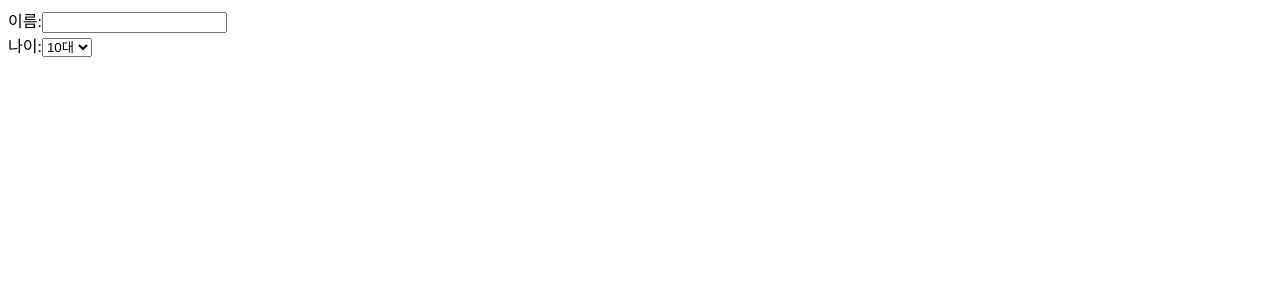
Repository: jeongho97/JSP
Page: http://localhost/JSP/insert.jsp
The author's editor kept a copy of each file at every save. The page is drawn from the files as they stood at one save, then again after a run of saves.
The browser window is 1280 px wide. The pictures show the whole page.
The page is served by Tomcat 9.

Above is the page before, as saved 2022-05-17 03:09:40.

After the next 2 saves:
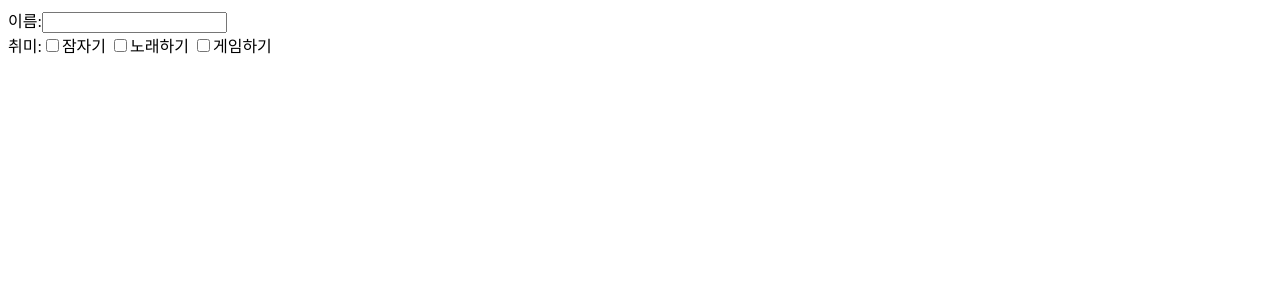
The 2 saves are shown as one change because they came seconds apart.
The last was saved 82 s later.
--- a/JSP/WebContent/insert.jsp
+++ b/JSP/WebContent/insert.jsp
@@ -10,12 +10,9 @@
 <form action="hello">
 이름:<input type="text" name="name">
 <br>
-나이:<select name="age">
-		<option value="10">10대</option>
-		<option value="20">20대</option>
-		<option value="30">30대</option>
-		<option value="40">40대</option>
-	</select>
+취미:<lable><input type="checkbox" name="hobby" value="축구">잠자기</lable>
+	<lable><input type="checkbox" name="hobby" value="농구">노래하기</lable>
+	<lable><input type="checkbox" name="hobby" value="야구">게임하기</lable>
 <br>
 </form>
 </body>
